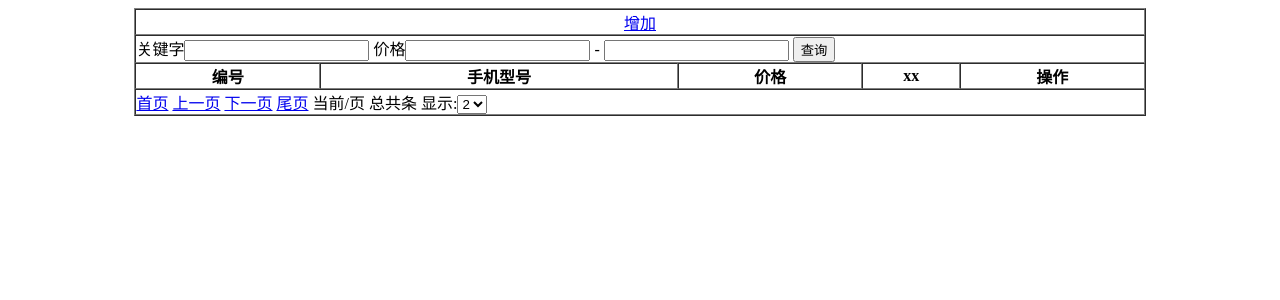
Repository: qyl1006/JavaCode
Page: http://localhost/task04/WEB-INF/views/product/list.jsp
An editor plug-in stored every save of this project. The page is shown before and after the next save, followed by the edit.
The browser window is 1280 px wide. The pictures show the whole page.
The page is served by Tomcat 9. Nobody is signed in. Other server files are loaded and not shown. The template is opened directly, without the code that normally fills it, so the values that code supplies are empty.

Above is the page before, as saved 2018-03-15 14:31:07.

### workspace/task04/webapp/WEB-INF/views/product/list.jsp
<%@ page language="java" contentType="text/html; charset=UTF-8"
    pageEncoding="UTF-8"%>
<!DOCTYPE html PUBLIC "-//W3C//DTD HTML 4.01 Transitional//EN" "http://www.w3.org/TR/html4/loose.dtd">
<%@ taglib prefix="c" uri="http://java.sun.com/jsp/jstl/core" %>
<html>
<head>
<meta http-equiv="Content-Type" content="text/html; charset=UTF-8">
<title>Insert title here</title>
	<script type="text/javascript">
		function goPage(pageNum){
			var form = document.getElementById(id);
			form.currentPage.value = pageNum;
			form.submit();
		}
	</script>
</head>
<body>
<form action="/product" method="post" id="f1">
	<table align="center" border="1" width="80%" cellpadding="0" cellspacing="0">
		<tr align="center">
			<td colspan="5">
			<a href="/product?cmd=edit">增加</a>
			</td>
		</tr>

		<tr>
			<td colspan="5">
				关键字<input type="text" name="keyWord" name="${qo.keyWord}"/>
				价格<input type="text" name="minPrice" name="${qo.minPrice}"/> -
				<input type="text" name="maxPrice" name="${qo.maxPrice}"/>
					<input type="button" value="查询" onclick="goPage(1)"/>
			</td>
		</tr>
		<tr align="center">
			<th>编号</th>
			<th>手机型号</th>
			<th>价格</th>
			<th>xx</th>
			<th>操作</th>
		</tr>

	<c:forEach items="${result.data}" var="p" varStatus="vs">
		<tr align="center">
			<td>${p.id}</td>
			<td>${p.name}</td>
			<td>${p.price}</td>
			<td>${p.info}</td>
			<td>
				<a href="/product?cmd=edit&id=${p.id}">编辑</a>
				<a href="/product?cmd=delete&id=${p.id}">删除</a>
			</td>
		</tr>
	</c:forEach>

		<tr>
			<td colspan="5">
				<a href="javascript:goPage(1)">首页</a>
				<a href="javascript:goPage(${result.prevPage})">上一页</a>
				<a href="javascript:goPage(${result.nextPage})">下一页</a>
				<a href="javascript:goPage(${result.endPage})">尾页</a>

				当前${result.currentPage}/${result.endPage}页
				总共${result.pageCount}条
				显示:<select name="pageSize" onchange="goPage(1)">
						<option ${result.pageSize == 2 ? 'selected' : ''}>2</option>
						<option ${result.pageSize == 4 ? 'selected' : ''}>4</option>
						<option ${result.pageSize == 6 ? 'selected' : ''}>6</option>
					</select>
			</td>
		</tr>
	</table>
</form>
</body>
</html>

After the next save:
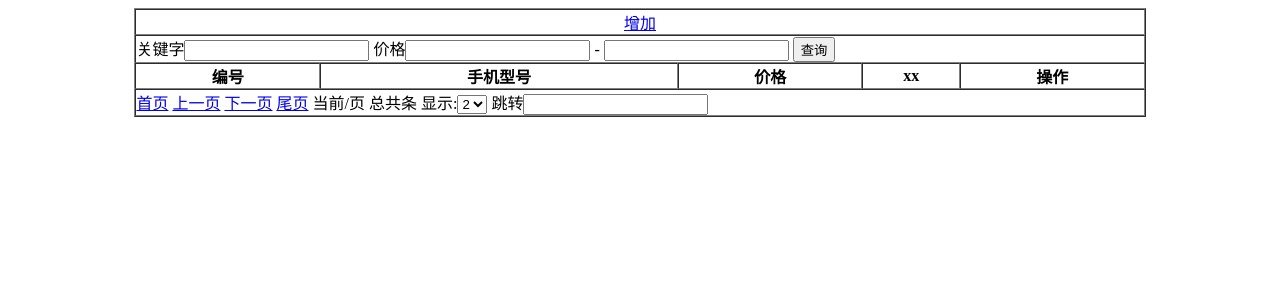
Saved 20 s later.
--- a/workspace/task04/webapp/WEB-INF/views/product/list.jsp
+++ b/workspace/task04/webapp/WEB-INF/views/product/list.jsp
@@ -66,6 +66,8 @@
 						<option ${result.pageSize == 4 ? 'selected' : ''}>4</option>
 						<option ${result.pageSize == 6 ? 'selected' : ''}>6</option>
 					</select>
+
+				跳转<input />
 			</td>
 		</tr>
 	</table>
